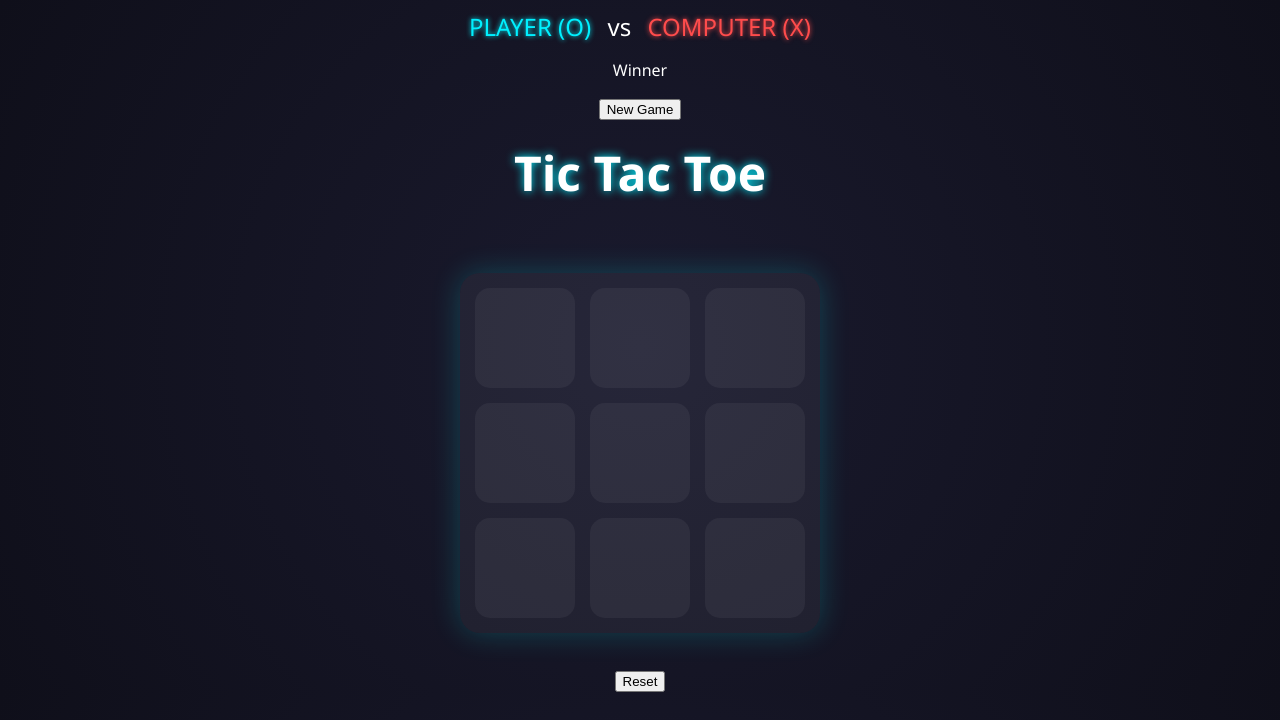
Repository: AreezAnsari/Tic-Tac-Toe
Page: Game/Game.html
An editor plug-in stored every save of this project. The page is shown before and after the next save, followed by the edit.
The browser window is 1280 px wide. The pictures show the whole page.

Above is the page before, as saved 2025-06-02 12:46:40.
Console error: TypeError: box.addEventListener is not a function

After the next save:
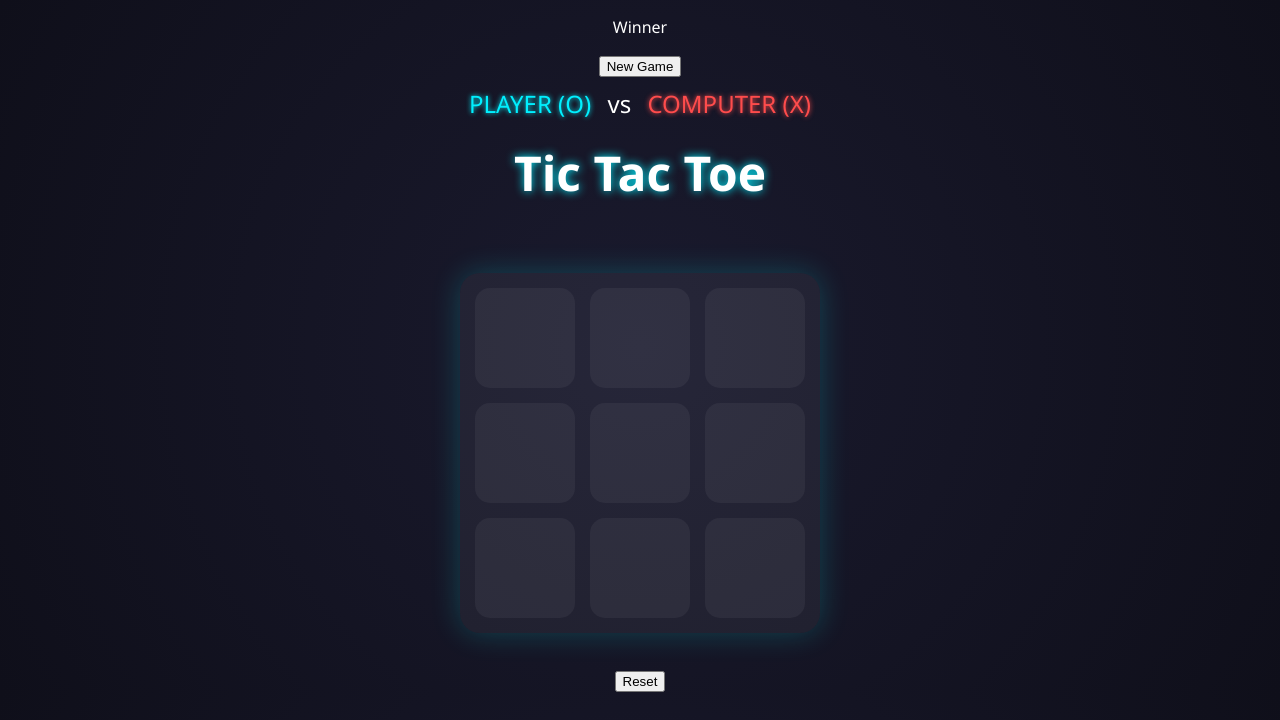
Saved 13 s later.
--- a/Game/Game.html
+++ b/Game/Game.html
@@ -7,14 +7,15 @@
     <link rel="stylesheet" href="Game.css">
 </head>
 <body>
+
+    <div class="msg-container hide">
+        <p class="msg">Winner</p>
+        <button class="new-btn">New Game</button>
+    </div>
     <div class="vs-info">
     <span class="player">PLAYER (O)</span> vs
     <span class="computer">COMPUTER (X)</span>
 </div>
-    <div class="msg-container hide">
-        <p class="msg">Winner</p>
-        <button class="new-btn">New Game</button>
-    </div>
     <main>
         <h1>Tic Tac Toe</h1>
     <div class="container">
